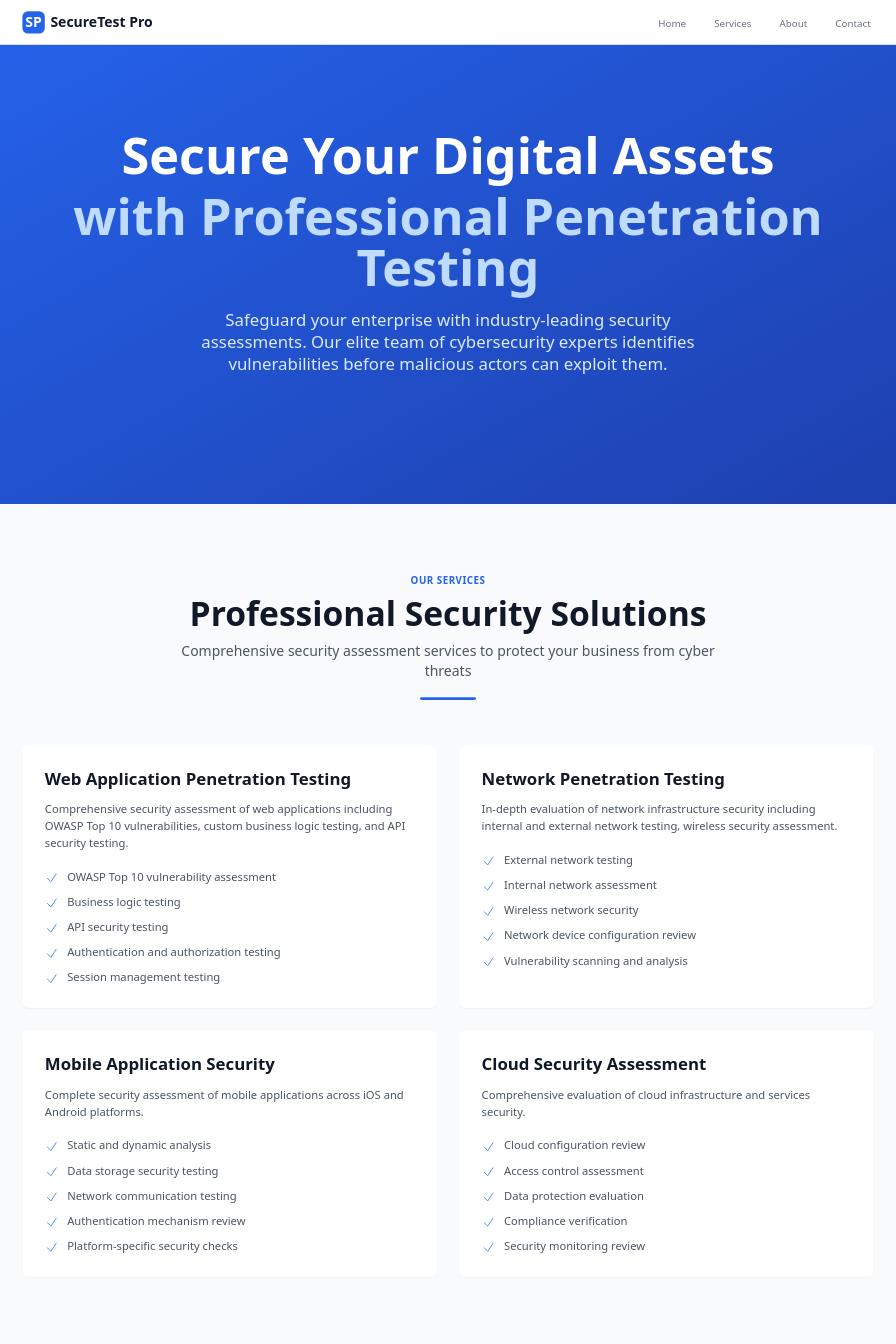
Repository: ZSayless/Penetration-test
Page: /
These files come from the project's save history. The page is drawn as it stood at one moment and after the next save; the edit follows.
The browser window is 1280 px wide. The pictures show the part of the page from y = 0 to 1920 px (the page is 8123 px tall), at 70% of full size.
The project was rebuilt for these pictures with package versions that can differ from the ones it lists, and the page was loaded fresh each time. The framework's server and built-in components were replaced by stand-ins that run in the browser. Also part of the build but not shown: next.config.js.

Above is the page before, as saved 2024-12-06 10:19:50.

### src/app/layout.tsx
import type { Metadata } from "next";
import Navbar from "@/components/Navbar";
import "./globals.css";

export const metadata: Metadata = {
  title: "SecureTest Pro | Enterprise Cybersecurity Solutions",
  description:
    "Leading provider of advanced penetration testing and security assessment services. Protect your enterprise with our comprehensive cybersecurity solutions and expert vulnerability analysis.",
};

export default function RootLayout({
  children,
}: {
  children: React.ReactNode;
}) {
  return (
    <html lang="en">
      <body>
        <Navbar />
        {children}
      </body>
    </html>
  );
}

### src/app/page.tsx
'use client';

import Hero from '@/components/sections/Hero';
import Services from '@/components/sections/Services';
import Process from '@/components/sections/Process';
import About from '@/components/sections/About';
import Features from '@/components/sections/Features';
import Testimonials from '@/components/sections/Testimonials';
import Contact from '@/components/sections/Contact';
import WhyPentest from '@/components/sections/WhyPentest';
import FAQ from '@/components/sections/FAQ';
import Tools from '@/components/sections/Tools';

export default function Home() {
  return (
    <main>
      <section id="home" className="min-h-screen flex items-center justify-center bg-gradient-to-br from-blue-600 to-blue-800 text-white">
        <div className="container mx-auto px-4 text-center">
          <h1 className="text-5xl md:text-7xl font-bold mb-6">
            Secure Your Digital Assets
            <span className="block mt-4 text-blue-200">
              with Professional Penetration Testing
            </span>
          </h1>
          <p className="text-xl md:text-2xl max-w-3xl mx-auto text-blue-100">
            Safeguard your enterprise with industry-leading security assessments.
            Our elite team of cybersecurity experts identifies vulnerabilities
            before malicious actors can exploit them.
          </p>
        </div>
      </section>
      <Services />
      <Process />
      <WhyPentest />
      <Tools />
      <About />
      <Features />
      <FAQ />
      <Testimonials />
      <Contact />
    </main>
  );
}

### src/components/Navbar.tsx
'use client';

import Link from 'next/link';
import { useState } from 'react';

const navItems = [
  { name: 'Home', href: '#home' },
  { name: 'Services', href: '#services' },
  { name: 'About', href: '#about' },
  { name: 'Contact', href: '#contact' }
];

export default function Navbar() {
  const [active, setActive] = useState('');

  const handleScroll = (e: React.MouseEvent<HTMLAnchorElement>, href: string) => {
    e.preventDefault();
    const targetId = href.replace('#', '');
    const element = document.getElementById(targetId);
    element?.scrollIntoView({ behavior: 'smooth' });
    setActive(href);
  };

  return (
    <nav className="fixed top-0 left-0 right-0 z-50 bg-white shadow-sm">
      <div className="max-w-7xl mx-auto px-4 sm:px-6 lg:px-8">
        <div className="flex justify-between h-16">
          {/* Logo */}
          <div className="flex-shrink-0 flex items-center">
            <Link href="/" className="flex items-center space-x-2">
              <div className="w-8 h-8 bg-blue-600 rounded-lg flex items-center justify-center">
                <span className="text-white font-bold text-xl">SP</span>
              </div>
              <span className="text-xl font-bold text-gray-900">SecureTest Pro</span>
            </Link>
          </div>

          {/* Navigation Links */}
          <div className="flex items-center">
            <div className="flex space-x-8">
              {navItems.map((item) => (
                <Link
                  key={item.name}
                  href={item.href}
                  onClick={(e) => handleScroll(e, item.href)}
                  className={`inline-flex items-center px-1 pt-1 border-b-2 text-sm font-medium ${
                    active === item.href
                      ? 'border-blue-500 text-gray-900'
                      : 'border-transparent text-gray-500 hover:border-gray-300 hover:text-gray-700'
                  }`}
                >
                  {item.name}
                </Link>
              ))}
            </div>
          </div>
        </div>
      </div>
    </nav>
  );
}

### src/app/globals.css
@tailwind base;
@tailwind components;
@tailwind utilities;

html {
  scroll-padding-top: 4rem;
  scroll-behavior: smooth;
}

section {
  scroll-margin-top: 4rem;
}

### src/components/sections/Services.tsx
'use client';

import { motion } from 'framer-motion';
import { CheckIcon } from '@heroicons/react/24/outline';

const services = [
  {
    title: "Web Application Penetration Testing",
    description: "Comprehensive security assessment of web applications including OWASP Top 10 vulnerabilities, custom business logic testing, and API security testing.",
    features: [
      "OWASP Top 10 vulnerability assessment",
      "Business logic testing",
      "API security testing",
      "Authentication and authorization testing",
      "Session management testing"
    ]
  },
  {
    title: "Network Penetration Testing",
    description: "In-depth evaluation of network infrastructure security including internal and external network testing, wireless security assessment.",
    features: [
      "External network testing",
      "Internal network assessment",
      "Wireless network security",
      "Network device configuration review",
      "Vulnerability scanning and analysis"
    ]
  },
  {
    title: "Mobile Application Security",
    description: "Complete security assessment of mobile applications across iOS and Android platforms.",
    features: [
      "Static and dynamic analysis",
      "Data storage security testing",
      "Network communication testing",
      "Authentication mechanism review",
      "Platform-specific security checks"
    ]
  },
  {
    title: "Cloud Security Assessment",
    description: "Comprehensive evaluation of cloud infrastructure and services security.",
    features: [
      "Cloud configuration review",
      "Access control assessment",
      "Data protection evaluation",
      "Compliance verification",
      "Security monitoring review"
    ]
  }
];

export default function Services() {
  return (
    <section id="services" className="py-24 bg-gray-50">
      <div className="max-w-7xl mx-auto px-4 sm:px-6 lg:px-8">
        <motion.div
          initial={{ opacity: 0, y: 20 }}
          whileInView={{ opacity: 1, y: 0 }}
          viewport={{ once: true }}
          className="text-center mb-16"
        >
          <span className="text-blue-600 font-semibold text-sm uppercase tracking-wider">Our Services</span>
          <h2 className="mt-3 text-4xl md:text-5xl font-bold text-gray-900 leading-tight">
            Professional Security Solutions
          </h2>
          <div className="mt-4 max-w-3xl mx-auto">
            <p className="text-xl text-gray-600">
              Comprehensive security assessment services to protect your business from cyber threats
            </p>
          </div>
          <div className="mt-6 flex justify-center">
            <div className="h-1 w-20 bg-blue-600 rounded-full"></div>
          </div>
        </motion.div>

        <div className="grid grid-cols-1 lg:grid-cols-2 gap-8">
          {services.map((service, index) => (
            <motion.div
              key={index}
              initial={{ opacity: 0, y: 20 }}
              whileInView={{ opacity: 1, y: 0 }}
              viewport={{ once: true }}
              transition={{ delay: index * 0.2 }}
              className="bg-white rounded-lg shadow-sm hover:shadow-md transition-shadow duration-300 overflow-hidden"
            >
              <div className="p-8">
                <h3 className="text-2xl font-semibold text-gray-900 mb-4">
                  {service.title}
                </h3>
                <p className="text-gray-600 mb-6">
                  {service.description}
                </p>
                <ul className="space-y-3">
                  {service.features.map((feature, featureIndex) => (
                    <li key={featureIndex} className="flex items-start">
                      <CheckIcon className="h-5 w-5 text-blue-500 mt-1 flex-shrink-0" />
                      <span className="ml-3 text-gray-600">{feature}</span>
                    </li>
                  ))}
                </ul>
              </div>
            </motion.div>
          ))}
        </div>
      </div>
    </section>
  );
}

### src/components/sections/Features.tsx
export default function Features() {
  return (
    <section id="features" className="py-20 bg-gray-50">
      <div className="max-w-7xl mx-auto px-4 sm:px-6 lg:px-8">
        <div className="text-center">
          <h2 className="text-3xl font-extrabold text-gray-900 sm:text-4xl">
            Why Choose Our Services
          </h2>
          <p className="mt-4 max-w-2xl mx-auto text-xl text-gray-500">
            Industry-leading security testing with comprehensive solutions
          </p>
        </div>

        <div className="mt-20 grid grid-cols-1 gap-8 md:grid-cols-2 lg:grid-cols-3">
          {[
            {
              title: 'Expert Team',
              description: 'Certified security professionals with years of experience',
              icon: '👨‍💻',
            },
            {
              title: 'Comprehensive Reports',
              description: 'Detailed findings with actionable recommendations',
              icon: '📊',
            },
            {
              title: '24/7 Support',
              description: 'Round-the-clock assistance and consultation',
              icon: '🔧',
            },
            {
              title: 'Latest Tools',
              description: 'Using cutting-edge security testing tools',
              icon: '🛠',
            },
            {
              title: 'Custom Solutions',
              description: 'Tailored testing plans for your specific needs',
              icon: '🎯',
            },
            {
              title: 'Fast Turnaround',
              description: 'Quick delivery without compromising quality',
              icon: '⚡',
            },
          ].map((feature, index) => (
            <div
              key={index}
              className="relative bg-white p-6 rounded-lg shadow-lg hover:shadow-xl transition-all duration-300"
            >
              <div>
                <span className="text-4xl">{feature.icon}</span>
                <h3 className="mt-4 text-lg font-medium text-gray-900">
                  {feature.title}
                </h3>
                <p className="mt-2 text-gray-500">{feature.description}</p>
              </div>
            </div>
          ))}
        </div>
      </div>
    </section>
  );
}

### src/components/sections/Testimonials.tsx
export default function Testimonials() {
  return (
    <section id="testimonials" className="py-20 bg-white">
      <div className="max-w-7xl mx-auto px-4 sm:px-6 lg:px-8">
        <div className="text-center">
          <h2 className="text-3xl font-extrabold text-gray-900 sm:text-4xl">
            What Our Clients Say
          </h2>
          <p className="mt-4 max-w-2xl mx-auto text-xl text-gray-500">
            Don't just take our word for it
          </p>
        </div>

        <div className="mt-20 grid grid-cols-1 gap-8 md:grid-cols-2 lg:grid-cols-3">
          {[
            {
              quote: "The team's expertise and professionalism exceeded our expectations. They found critical vulnerabilities that could have been devastating if exploited.",
              author: "John Smith",
              role: "CTO, Tech Corp",
            },
            {
              quote: "Comprehensive testing and clear reporting helped us improve our security posture significantly. Highly recommended!",
              author: "Sarah Johnson",
              role: "Security Director, Finance Plus",
            },
            {
              quote: "Their penetration testing service is thorough and their recommendations are practical and actionable.",
              author: "Mike Williams",
              role: "IT Manager, Global Retail",
            },
          ].map((testimonial, index) => (
            <div
              key={index}
              className="bg-gray-50 p-8 rounded-lg shadow-lg hover:shadow-xl transition-all duration-300"
            >
              <p className="text-gray-600 italic">"{testimonial.quote}"</p>
              <div className="mt-6">
                <p className="text-gray-900 font-semibold">{testimonial.author}</p>
                <p className="text-gray-500">{testimonial.role}</p>
              </div>
            </div>
          ))}
        </div>
      </div>
    </section>
  );
}

### src/components/sections/WhyPentest.tsx
'use client';

import { motion } from 'framer-motion';
import {
  ShieldCheckIcon,
  LockClosedIcon,
  ClipboardDocumentCheckIcon,
  ComputerDesktopIcon,
  ArrowPathRoundedSquareIcon,
  BanknotesIcon
} from '@heroicons/react/24/outline';

const reasons = [
  {
    title: "Early Threat Detection",
    description: "Identify potential vulnerabilities early to prevent malicious attacks. This is crucial for preventing data breaches and system compromises.",
    icon: ShieldCheckIcon
  },
  {
    title: "Data Protection",
    description: "Protect critical business data and customer information to prevent reputation damage and reduce legal risks.",
    icon: LockClosedIcon
  },
  {
    title: "Regulatory Compliance",
    description: "Meet various industry regulations and legal requirements through regular security testing. Prepare for regulatory audits.",
    icon: ClipboardDocumentCheckIcon
  },
  {
    title: "Cyber Attack Simulation",
    description: "Test using real hacker techniques to strengthen your organization's defense strategies.",
    icon: ComputerDesktopIcon
  },
  {
    title: "Business Continuity",
    description: "Maintain system availability and minimize business disruption by addressing vulnerabilities through penetration testing.",
    icon: ArrowPathRoundedSquareIcon
  },
  {
    title: "Cost Reduction",
    description: "Save costs by fixing system vulnerabilities before they lead to major security incidents.",
    icon: BanknotesIcon
  }
];

export default function WhyPentest() {
  return (
    <section className="py-24 bg-white">
      <div className="max-w-7xl mx-auto px-4 sm:px-6 lg:px-8">
        <motion.div
          initial={{ opacity: 0, y: 20 }}
          whileInView={{ opacity: 1, y: 0 }}
          viewport={{ once: true }}
          transition={{ duration: 0.8 }}
          className="text-center mb-16"
        >
          <h2 className="text-2xl font-semibold text-blue-600">Why Choose Us</h2>
          <h3 className="mt-2 text-4xl font-bold text-gray-900">Key Reasons for Vulnerability Assessment & Penetration Testing</h3>
        </motion.div>

        <div className="grid grid-cols-1 md:grid-cols-2 lg:grid-cols-3 gap-8">
          {reasons.map((reason, index) => (
            <motion.div
              key={index}
              initial={{ opacity: 0, y: 20 }}
              whileInView={{ opacity: 1, y: 0 }}
              viewport={{ once: true }}
              transition={{ duration: 0.5, delay: index * 0.1 }}
              className="bg-gray-50 rounded-xl p-6 hover:shadow-xl transition-shadow duration-300"
            >
              <div className="flex items-start space-x-4">
                <div className="flex-shrink-0">
                  <div className="w-12 h-12 bg-blue-100 rounded-lg flex items-center justify-center">
                    <reason.icon className="w-6 h-6 text-blue-600" />
                  </div>
                </div>
                <div>
                  <h4 className="text-lg font-semibold text-gray-900 mb-2">{reason.title}</h4>
                  <p className="text-gray-600">{reason.description}</p>
                </div>
              </div>
            </motion.div>
          ))}
        </div>
      </div>
    </section>
  );
}

### src/components/sections/Tools.tsx
'use client';

import { motion } from 'framer-motion';
import { CommandLineIcon, ShieldCheckIcon, GlobeAltIcon, ServerIcon, WrenchScrewdriverIcon } from '@heroicons/react/24/outline';

const tools = [
  {
    name: "Acunetix",
    description: "Advanced web vulnerability scanning",
    icon: GlobeAltIcon
  },
  {
    name: "Nessus",
    description: "Comprehensive vulnerability assessment",
    icon: ShieldCheckIcon
  },
  {
    name: "Burp Suite",
    description: "Web application security testing",
    icon: CommandLineIcon
  },
  {
    name: "Metasploit",
    description: "Penetration testing framework",
    icon: ServerIcon
  },
  {
    name: "Wireshark",
    description: "Network protocol analyzer",
    icon: WrenchScrewdriverIcon
  }
];

export default function Tools() {
  return (
    <section className="py-24 bg-white">
      <div className="max-w-7xl mx-auto px-4 sm:px-6 lg:px-8">
        <motion.div
          initial={{ opacity: 0, y: 20 }}
          whileInView={{ opacity: 1, y: 0 }}
          viewport={{ once: true }}
          className="text-center mb-16"
        >
          <h2 className="text-2xl font-semibold text-blue-600">Our Arsenal</h2>
          <h3 className="mt-2 text-4xl font-bold text-gray-900">Professional Tools & Technologies</h3>
          <p className="mt-4 text-xl text-gray-600">
            We use industry-leading security tools to ensure comprehensive testing
          </p>
        </motion.div>

        <div className="grid grid-cols-2 md:grid-cols-3 lg:grid-cols-5 gap-8">
          {tools.map((tool, index) => (
            <motion.div
              key={index}
              initial={{ opacity: 0, y: 20 }}
              whileInView={{ opacity: 1, y: 0 }}
              viewport={{ once: true }}
              transition={{ delay: index * 0.1 }}
              className="flex flex-col items-center p-6 bg-gray-50 rounded-xl hover:shadow-lg transition-shadow duration-300"
            >
              <div className="w-20 h-20 mb-4 bg-blue-100 rounded-xl flex items-center justify-center">
                <tool.icon className="w-12 h-12 text-blue-600" />
              </div>
              <h4 className="text-lg font-semibold text-gray-900">{tool.name}</h4>
              <p className="text-sm text-gray-600 text-center mt-2">{tool.description}</p>
            </motion.div>
          ))}
        </div>
      </div>
    </section>
  );
}

Loaded but not shown: tailwind.config.js (18 lines, source omitted); src/components/sections/Contact.tsx (306 lines, source omitted); src/components/sections/About.tsx (146 lines, source omitted); src/components/sections/FAQ.tsx (119 lines, source omitted); src/components/sections/Process.tsx (105 lines, source omitted)

After the next save:
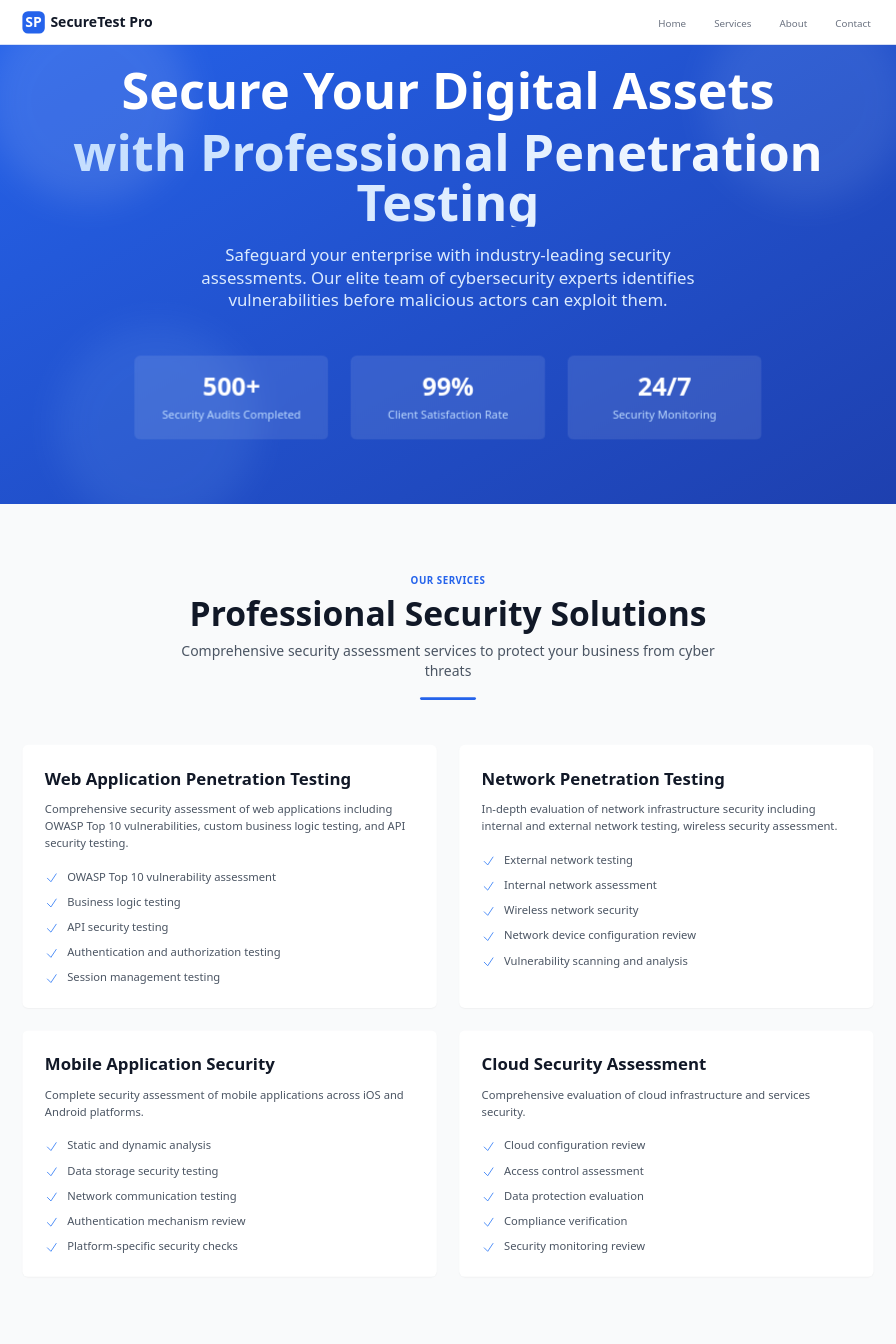
Saved 2 min 27 s later.
--- a/src/app/page.tsx
+++ b/src/app/page.tsx
@@ -14,19 +14,44 @@ import Tools from '@/components/sections/Tools';
 export default function Home() {
   return (
     <main>
-      <section id="home" className="min-h-screen flex items-center justify-center bg-gradient-to-br from-blue-600 to-blue-800 text-white">
-        <div className="container mx-auto px-4 text-center">
-          <h1 className="text-5xl md:text-7xl font-bold mb-6">
+      <section id="home" className="relative min-h-screen flex items-center justify-center overflow-hidden">
+        <div className="absolute inset-0 bg-gradient-to-br from-blue-600 to-blue-800">
+          <div className="absolute inset-0 opacity-10">
+            <div className="absolute top-0 -left-4 w-72 h-72 bg-white rounded-full mix-blend-multiply filter blur-xl animate-blob"></div>
+            <div className="absolute top-0 -right-4 w-72 h-72 bg-blue-200 rounded-full mix-blend-multiply filter blur-xl animate-blob animation-delay-2000"></div>
+            <div className="absolute -bottom-8 left-20 w-72 h-72 bg-blue-300 rounded-full mix-blend-multiply filter blur-xl animate-blob animation-delay-4000"></div>
+          </div>
+
+          <div className="absolute inset-0 bg-grid-white/[0.05] bg-[length:40px_40px]"></div>
+        </div>
+
+        <div className="relative container mx-auto px-4 text-center">
+          <h1 className="text-5xl md:text-7xl font-bold mb-6 text-white">
             Secure Your Digital Assets
-            <span className="block mt-4 text-blue-200">
+            <span className="block mt-4 bg-gradient-to-r from-blue-200 to-white bg-clip-text text-transparent">
               with Professional Penetration Testing
             </span>
           </h1>
-          <p className="text-xl md:text-2xl max-w-3xl mx-auto text-blue-100">
+          <p className="text-xl md:text-2xl max-w-3xl mx-auto text-blue-100 mb-12">
             Safeguard your enterprise with industry-leading security assessments.
             Our elite team of cybersecurity experts identifies vulnerabilities
             before malicious actors can exploit them.
           </p>
+
+          <div className="grid grid-cols-1 md:grid-cols-3 gap-8 max-w-4xl mx-auto mt-16">
+            <div className="p-6 rounded-lg bg-white/10 backdrop-blur-sm">
+              <div className="text-4xl font-bold text-white mb-2">500+</div>
+              <div className="text-blue-200">Security Audits Completed</div>
+            </div>
+            <div className="p-6 rounded-lg bg-white/10 backdrop-blur-sm">
+              <div className="text-4xl font-bold text-white mb-2">99%</div>
+              <div className="text-blue-200">Client Satisfaction Rate</div>
+            </div>
+            <div className="p-6 rounded-lg bg-white/10 backdrop-blur-sm">
+              <div className="text-4xl font-bold text-white mb-2">24/7</div>
+              <div className="text-blue-200">Security Monitoring</div>
+            </div>
+          </div>
         </div>
       </section>
       <Services />
